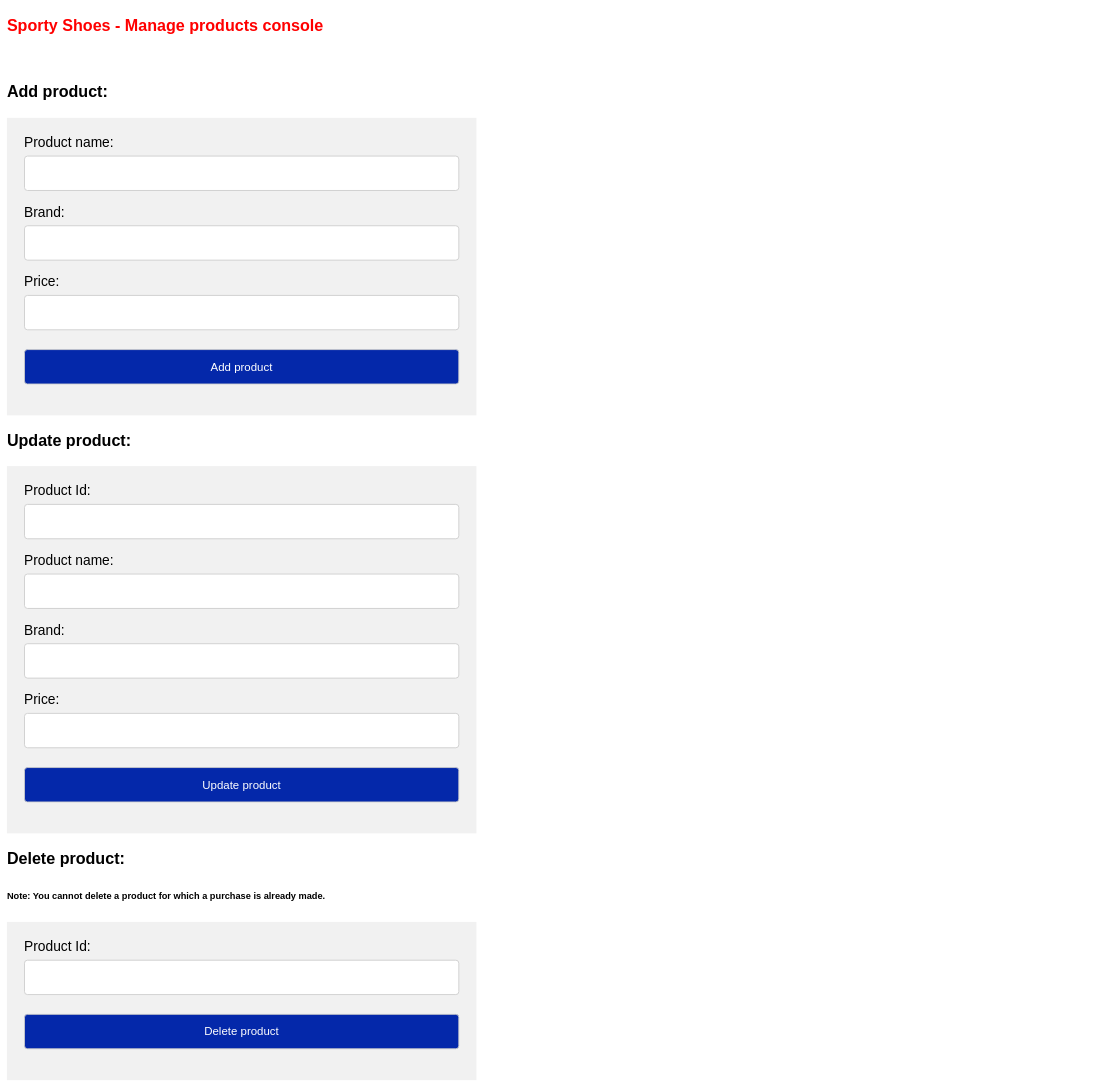
Repository: hope745/SportyShoes
Page: SportyShoes/src/main/resources/static/manageproducts.html
The author's editor kept a copy of each file at every save. The page is drawn from the files as they stood at one save, then again after the next save.
The browser window is 1280 px wide. The pictures show the whole page, at 86% of full size.

Above is the page before, as saved 2021-11-17 10:27:11.

After the next save:
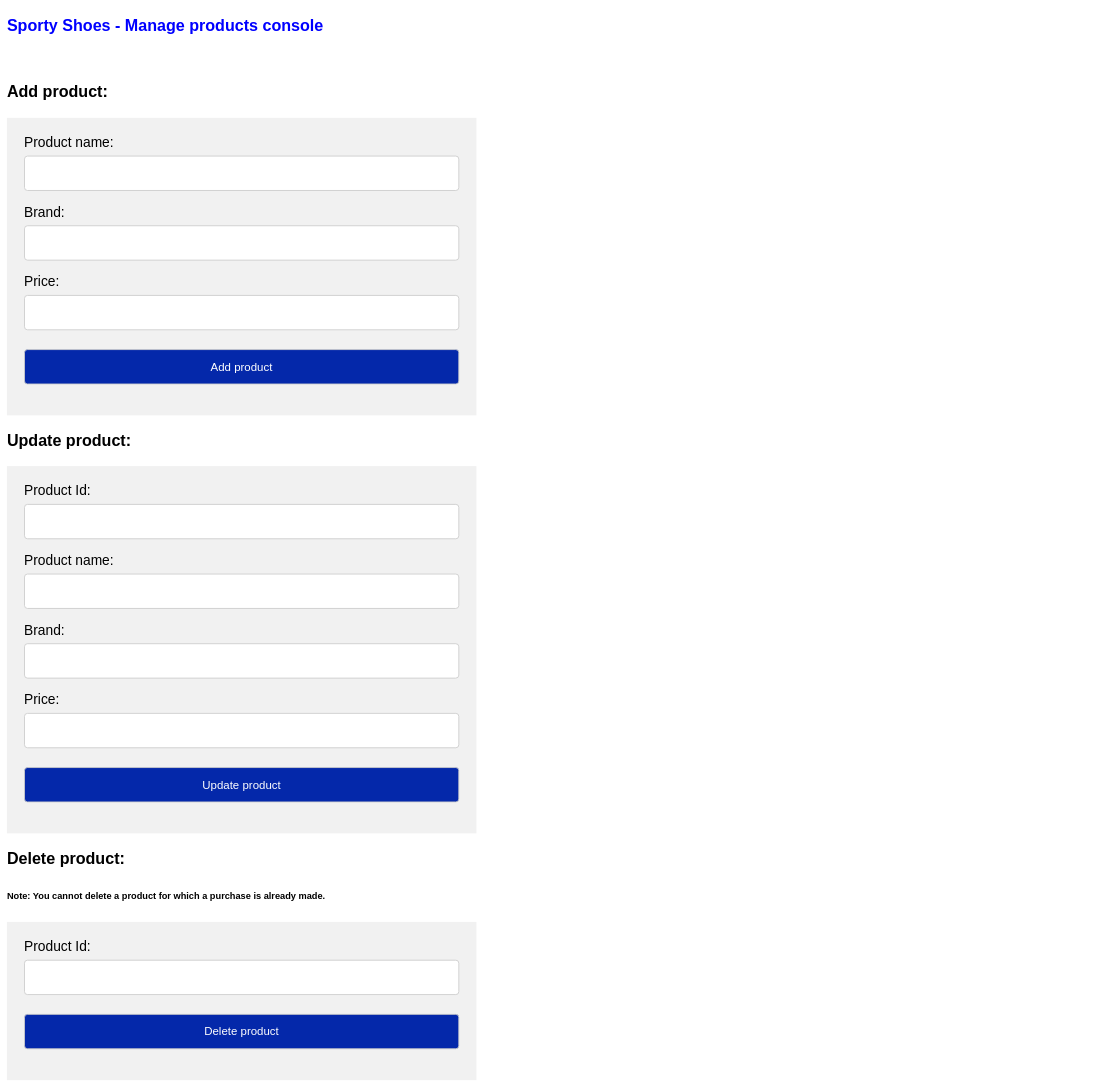
Saved 18 s later.
--- a/SportyShoes/src/main/resources/static/manageproducts.html
+++ b/SportyShoes/src/main/resources/static/manageproducts.html
@@ -53,7 +53,7 @@
 </head>
 <title>Manage products</title>
 <body>
-	<h3 style="color:red;font-family: Arial, Helvetica, sans-serif;">Sporty Shoes - Manage products console</h3><br/>
+	<h3 style="color:blue;font-family: Arial, Helvetica, sans-serif;">Sporty Shoes - Manage products console</h3><br/>
 	<h3>Add product:</h3>
 	<div class="container">
 		<form action="/addproduct" method="post">
